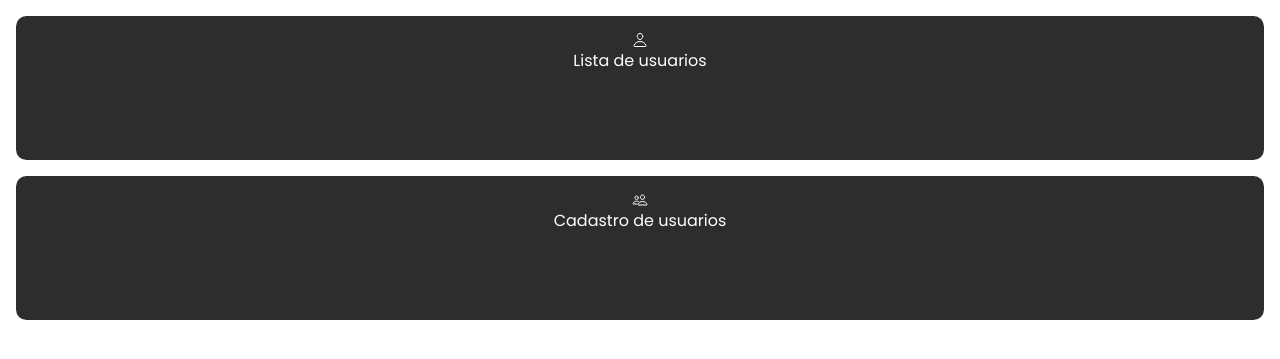
Repository: BeatrizFloriano96/myPagesSpeedLog
Page: html/usuarios.html
An editor plug-in stored every save of this project. The page is shown before and after the next save, followed by the edit.
The browser window is 1280 px wide. The pictures show the whole page.

Above is the page before, as saved 2022-01-29 13:00:57.

After the next save:
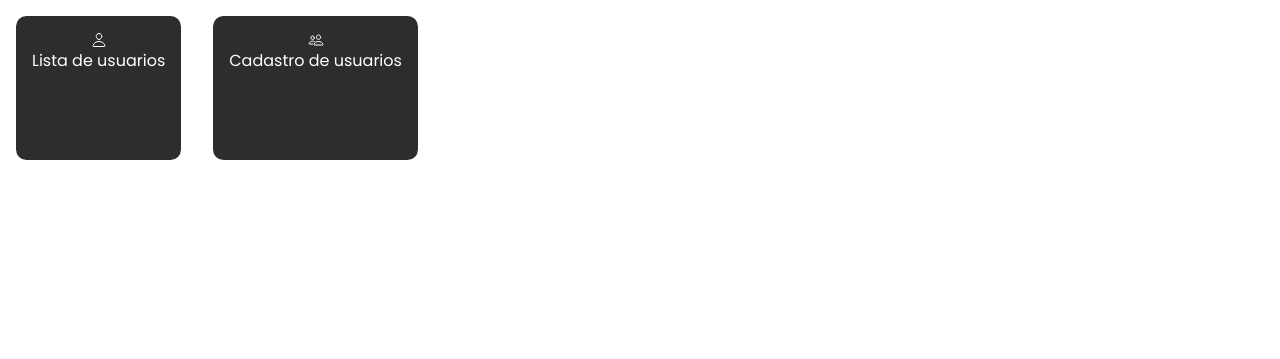
Saved 15 s later.
--- a/css/usuarios.css
+++ b/css/usuarios.css
@@ -24,3 +24,7 @@ p, a {
     color: white;
 
 }
+
+#grandeCaixa{
+    display: flex;
+}
